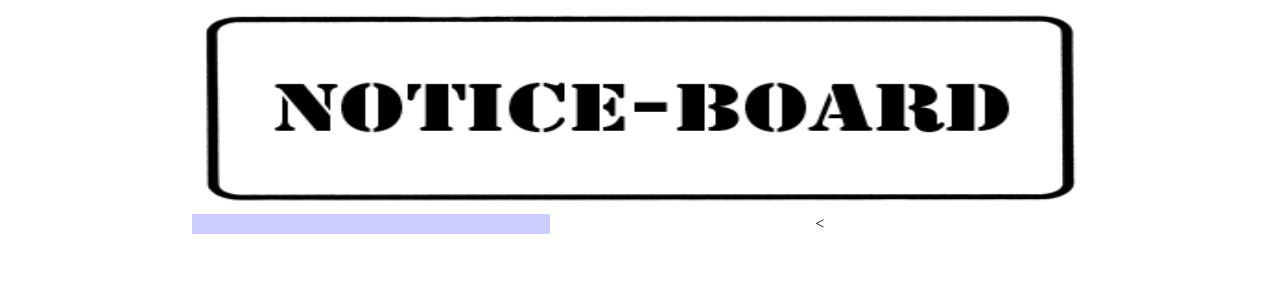
Repository: Rummikub/DBStudy
Page: HTML Project3/WebContent/html/detail.html
An editor plug-in stored every save of this project. The page is shown before and after the next save, followed by the edit.
The browser window is 1280 px wide. The pictures show the whole page.

Above is the page before, as saved 2020-02-05 07:08:22.

### HTML Project3/WebContent/html/detail.html
<!DOCTYPE html>
<html>
<head>
<meta charset="UTF-8">
<title>Insert title here</title>
</head>
<body>
	<center>
	<img src="noticeboard.png" width=900 height=200>
	<table border=0 width=900>
		<tr>
		 <th width=20% bgcolor="#ccccff"></th>
		 <td width=30% align="center"><
	</table>
	</center>
</body>
</html>

After the next save:
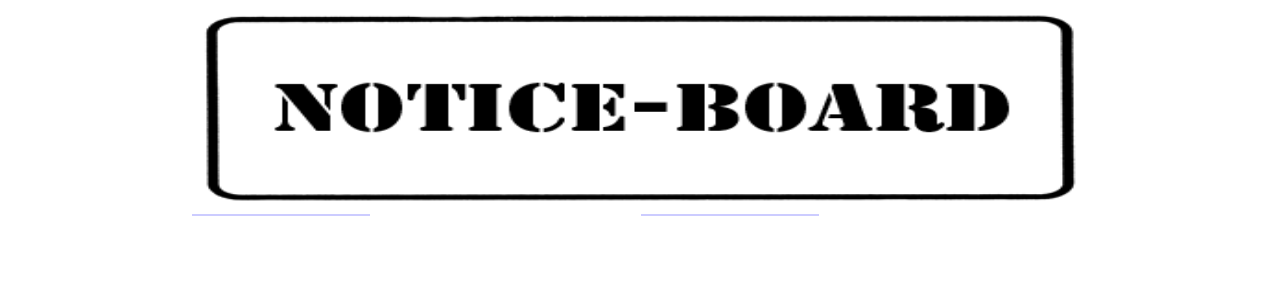
Saved 11 s later.
--- a/HTML Project3/WebContent/html/detail.html
+++ b/HTML Project3/WebContent/html/detail.html
@@ -10,7 +10,9 @@
 	<table border=0 width=900>
 		<tr>
 		 <th width=20% bgcolor="#ccccff"></th>
-		 <td width=30% align="center"><
+		 <td width=30% align="center"></td>
+		 <th width=20% bgcolor="#ccccff"></th>
+		 <td width=30% align="center"></td>
 	</table>
 	</center>
 </body>
